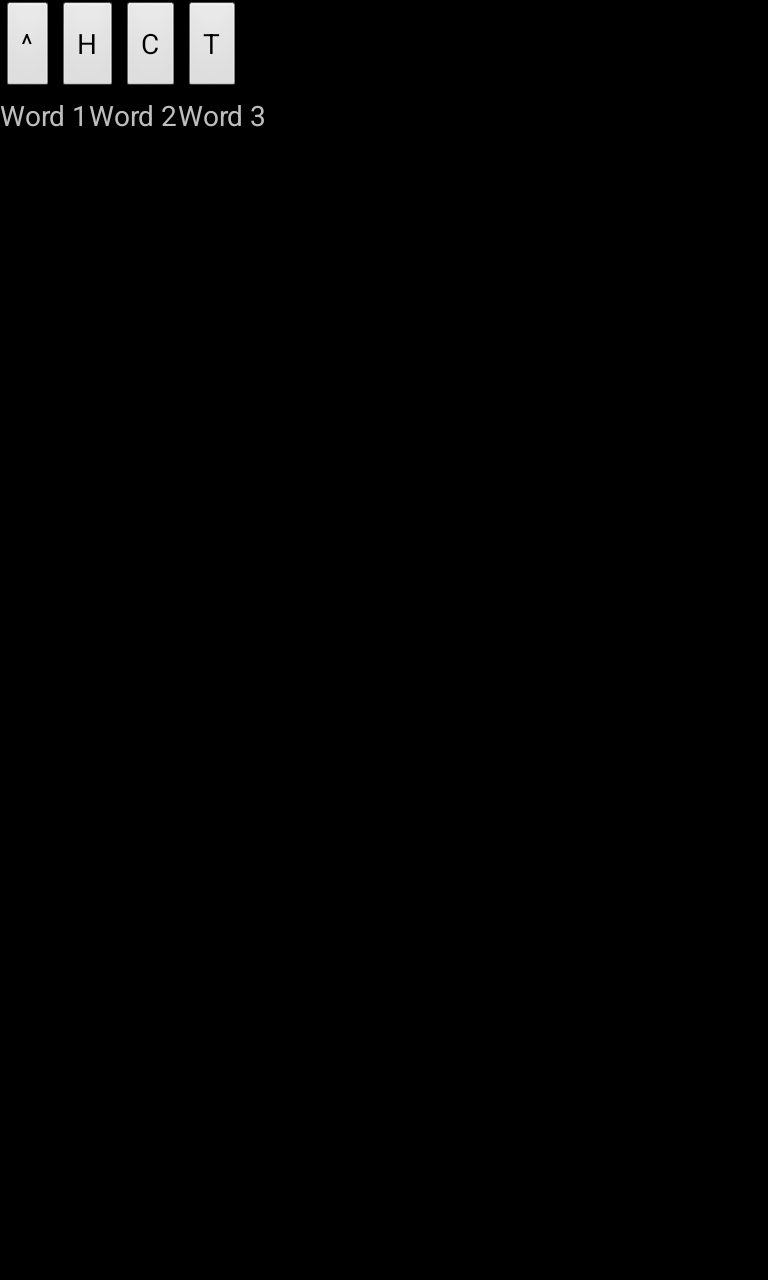
Repository: simplesns/workspace
Layout: eclipse/DEPuzzles/res/layout/wordsearch.xml
An editor plug-in stored every save of this project. The layout is shown before and after the next save, followed by the edit.
It is drawn on a 768 x 1280 px phone screen (xhdpi) without system bars, with theme android:Theme; the app's code is not run.

Above is the layout before, as saved 2011-02-04 08:34:30.

After the next save:
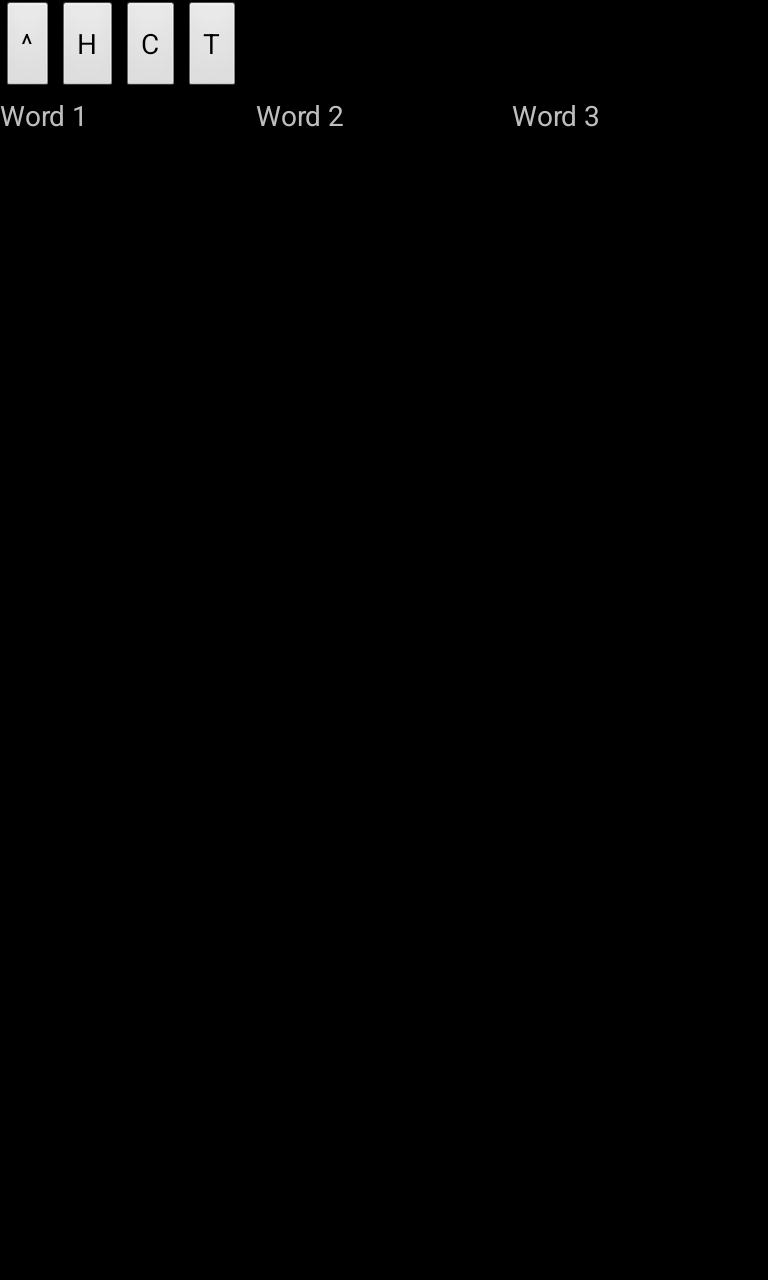
Saved 16 s later.
--- a/eclipse/DEPuzzles/res/layout/wordsearch.xml
+++ b/eclipse/DEPuzzles/res/layout/wordsearch.xml
@@ -16,7 +16,7 @@
 	<LinearLayout android:id="@+id/LinearLayout02"
 		android:layout_width="wrap_content" android:layout_height="wrap_content"></LinearLayout>
 	<TableLayout android:id="@+id/TableLayout01"
-		android:layout_width="wrap_content" android:layout_height="wrap_content">
+		android:layout_width="fill_parent" android:layout_height="wrap_content">
 		<TableRow android:id="@+id/TableRow01" android:layout_width="fill_parent"
 			android:layout_height="wrap_content">
 			<TextView android:text="Word 1" android:id="@+id/TextView01"
